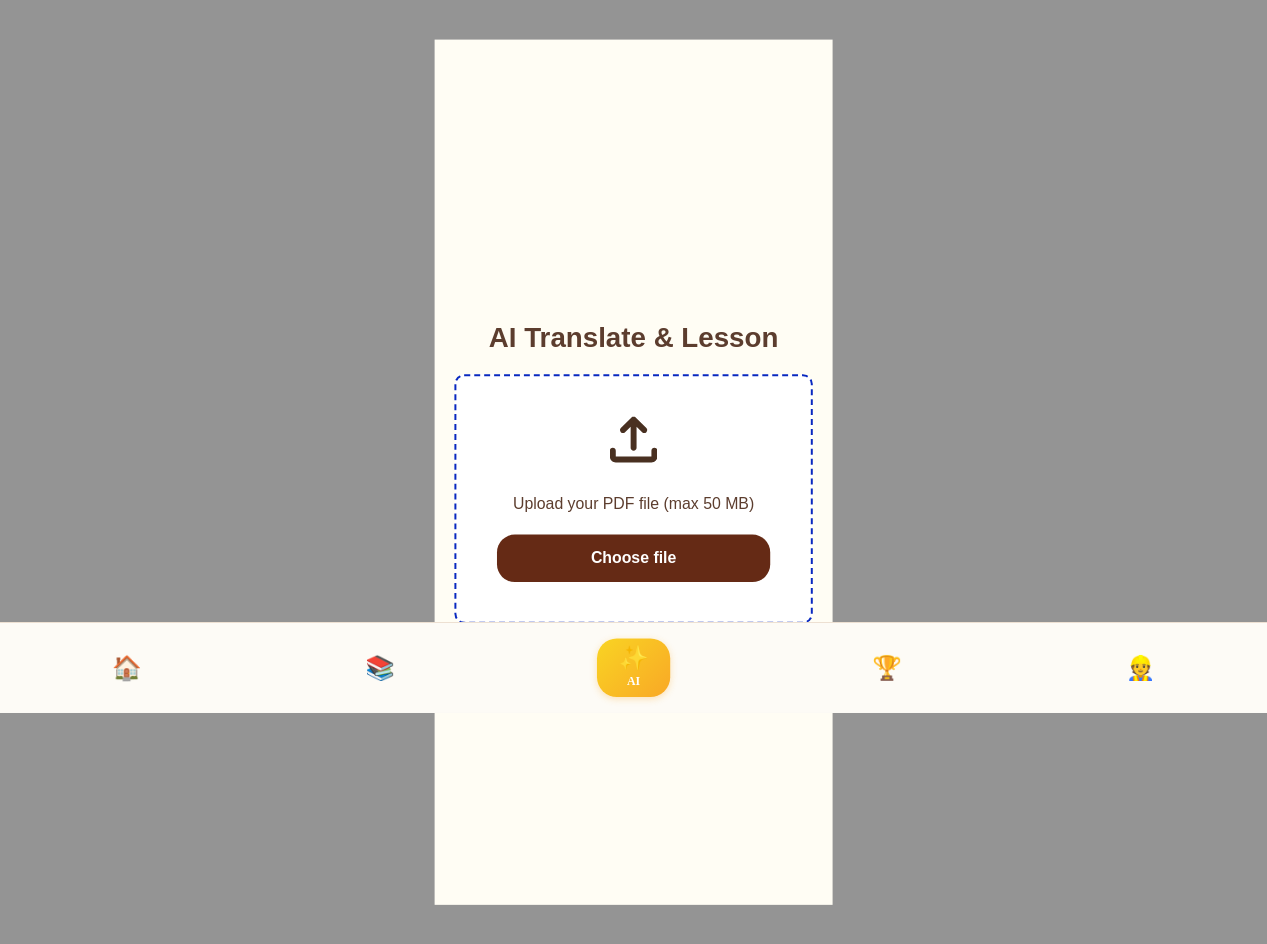
Repository: richelletiongson/Jargon_FrontendShowcase
Page: / (app in jargon_frontend/)
An editor plug-in stored every save of this project. The page is shown before and after the next save, followed by the edit.
The browser window is 1280 px wide. The pictures show the whole page, at 99% of full size.
The project was rebuilt for these pictures with package versions that can differ from the ones it lists, and the page was loaded fresh each time. Also part of the build but not shown: jargon_frontend/vite.config.js, jargon_frontend/src/index.css, jargon_frontend/src/home_pages/Home.jsx, jargon_frontend/src/course_pages/Course.jsx, jargon_frontend/src/charts_pages/Charts.jsx, jargon_frontend/src/profile_pages/Profile.jsx.

Above is the page before, as saved 2025-10-22 14:59:15.

### jargon_frontend/index.html
<!doctype html>
<html lang="en">
  <head>
    <meta charset="UTF-8" />
    <link rel="icon" type="image/svg+xml" href="/vite.svg" />
    <meta name="viewport" content="width=device-width, initial-scale=1.0" />
    <title>jargon_frontend</title>
  </head>
  <body>
    <div id="root"></div>
    <script type="module" src="/src/main.jsx"></script>
  </body>
</html>

### jargon_frontend/src/App.jsx
import './App.css'
import NavBar from "./components/NavBar";
import { BrowserRouter, Routes, Route } from "react-router-dom";
import Home from "./home_pages/Home";
import Course from "./course_pages/Course";
import AI from "./ai_pages/AI";
import Charts from "./charts_pages/Charts";
import Profile from "./profile_pages/Profile";

function App() {
  return (
    <BrowserRouter>
            <div className='page'>
                <main className='main-content'>
                    <Routes>
                        <Route
                            path='/'
                            element={<AI />}
                        />
                        <Route
                            path='/home'
                            element={<Home />}
                        />
                        <Route
                            path='/course'
                            element={<Course />}
                        />
                        <Route
                            path='/ai'
                            element={<AI />}
                        />
                        <Route
                            path='/charts'
                            element={<Charts />}
                        />
                        <Route
                            path='/profile'
                            element={<Profile />}
                        />

                    </Routes>
                </main>
                <NavBar />
            </div>
        </BrowserRouter>
  )
}

export default App

### jargon_frontend/src/App.css
* {

  padding: 0;
  margin: 0;
}
main {
  background-color: #949494;
  padding-bottom: 80px;
}

### jargon_frontend/src/components/NavBar.jsx
import React from 'react';
import { Link, useLocation } from 'react-router-dom';
import './NavBar.css';

const NavBar = () => {
  const location = useLocation();

  return (
    <div className="bottom-nav">
      <Link to="/home" className={`nav-item ${location.pathname === '/home' ? 'active' : ''}`}>
        <div className="nav-icon">🏠</div>
      </Link>
      <Link to="/course" className={`nav-item ${location.pathname === '/course' ? 'active' : ''}`}>
        <div className="nav-icon">📚</div>
      </Link>
      <Link to="/" className={`nav-item ${location.pathname === '/' ? 'active' : ''}`}>
        <div className="nav-icon">✨</div>
        <span className="nav-text">AI</span>
      </Link>
      <Link to="/charts" className={`nav-item ${location.pathname === '/charts' ? 'active' : ''}`}>
        <div className="nav-icon">🏆</div>
      </Link>
      <Link to="/profile" className={`nav-item ${location.pathname === '/profile' ? 'active' : ''}`}>
        <div className="nav-icon">👷</div>
      </Link>
    </div>
  );
};

export default NavBar;

### jargon_frontend/src/ai_pages/AI.jsx
import React, { useState } from 'react';
import './AI.css';
import UploadIcon from '../assets/Upload_Icon.svg';

const AI = () => {
  const [selectedFile, setSelectedFile] = useState(null);

  const handleFileChange = (event) => {
    const file = event.target.files[0];
    if (file) {
      setSelectedFile(file);
    }
  };

  return (
    <div className="ai-page">
      {/* Main Content */}
      <div className="main-content">
        <h1 className="page-title">AI Translate & Lesson</h1>
        <div className='rocky-container'>

        </div>
        <div className="file-upload-container">
          <div className="file-upload-area">
            <img src={UploadIcon} alt="Upload" className="upload-icon" />
            <p className="upload-text">Upload your PDF file (max 50 MB)</p>
            <input
              type="file"
              id="file-input"
              accept=".pdf"
              onChange={handleFileChange}
              style={{ display: 'none' }}
            />
            <label htmlFor="file-input" className="choose-file-btn">
              Choose file
            </label>
            {selectedFile && (
              <p className="selected-file">Selected: {selectedFile.name}</p>
            )}
          </div>
        </div>
      </div>

    </div>
  );
};

export default AI;

### jargon_frontend/src/components/NavBar.css
/* Bottom Navigation Styles */
.bottom-nav {
  display: flex;
  justify-content: space-around;
  align-items: center;
  background-color: #FDFBF6;
  padding: 16px 0;
  border-top: 1px solid #E8D5C4;
  position: fixed;
  bottom: 0;
  left: 0;
  right: 0;
  z-index: 100;
}

.nav-item {
  display: flex;
  flex-direction: column;
  align-items: center;
  gap: 4px;
  padding: 8px 12px;
  border-radius: 20px;
  transition: all 0.3s ease;
  cursor: pointer;
  min-width: 50px;
  text-decoration: none;
  color: inherit;
}

.nav-item:hover {
  background-color: #F5F0E8;
}

.nav-item.active {
  background: linear-gradient(135deg, #F9D423 0%, #F9A826 100%);
  color: white;
  box-shadow: 0 2px 8px rgba(249, 164, 38, 0.3);
}

.nav-icon {
  font-size: 24px;
  line-height: 1;
}

.nav-text {
  font-size: 12px;
  font-weight: 600;
  color: inherit;
}

.nav-item:not(.active) .nav-icon {
  color: #5C3D2E;
}

/* Responsive Design */
@media (max-width: 480px) {
  .nav-icon {
    font-size: 20px;
  }

  .nav-text {
    font-size: 10px;
  }
}

### jargon_frontend/src/home_pages/Home.css
/* Home Page Styles */
.home-page {
  min-height: 100vh;
  background-color: #FDFBF6;
  display: flex;
  flex-direction: column;
  font-family: -apple-system, BlinkMacSystemFont, 'Segoe UI', 'Roboto', sans-serif;
}

.status-bar {
  display: flex;
  justify-content: space-between;
  align-items: center;
  padding: 12px 20px;
  background-color: #FDFBF6;
  color: #5C3D2E;
  font-size: 16px;
  font-weight: 600;
}

.status-icons {
  display: flex;
  gap: 8px;
  font-size: 18px;
}

.main-content {
  flex: 1;
  padding: 40px 20px;
  display: flex;
  flex-direction: column;
  align-items: center;
  justify-content: center;
  text-align: center;
}

.page-title {
  font-size: 28px;
  font-weight: bold;
  color: #5C3D2E;
  margin-bottom: 20px;
}

.coming-soon {
  color: #5C3D2E;
  font-size: 18px;
  opacity: 0.7;
}

### jargon_frontend/src/course_pages/Course.css
/* Course Page Styles */
.course-page {
  min-height: 100vh;
  background-color: #FDFBF6;
  display: flex;
  flex-direction: column;
  font-family: -apple-system, BlinkMacSystemFont, 'Segoe UI', 'Roboto', sans-serif;
}

.status-bar {
  display: flex;
  justify-content: space-between;
  align-items: center;
  padding: 12px 20px;
  background-color: #FDFBF6;
  color: #5C3D2E;
  font-size: 16px;
  font-weight: 600;
}

.status-icons {
  display: flex;
  gap: 8px;
  font-size: 18px;
}

.main-content {
  flex: 1;
  padding: 40px 20px;
  display: flex;
  flex-direction: column;
  align-items: center;
  justify-content: center;
  text-align: center;
}

.page-title {
  font-size: 28px;
  font-weight: bold;
  color: #5C3D2E;
  margin-bottom: 20px;
}

.coming-soon {
  color: #5C3D2E;
  font-size: 18px;
  opacity: 0.7;
}

### jargon_frontend/src/ai_pages/AI.css
/* AI Page Styles */
.ai-page {
  min-height: 874px;
  width: 402px;
  background-color: #FFFDF4 ;
  display: flex;
  flex-direction: column;
  font-family: poppins, sans-serif;
}

/* Main Content */
.main-content {
  flex: 1;
  padding: 40px 20px;
  display: flex;
  flex-direction: column;
  align-items: center;
  justify-content: center;
  text-align: center;
}

.page-title {
  font-size: 28px;
  font-weight: bold;
  color: #5C3D2E;
  margin-bottom: 60px;
  line-height: 1.2;
}

.file-upload-container {
  width: 100%;
  max-width: 400px;
  margin: 0 auto;
}

.file-upload-area {
  background-color: white;
  border: 2px dashed #0828C0;
  border-radius: 10px;
  padding: 40px 20px;
  display: flex;
  flex-direction: column;
  align-items: center;
  gap: 20px;
}

.upload-icon {
  width: 48px;
  height: 48px;
  color: #6F2E17;
  margin-bottom: 10px;
}

.upload-text {
  color: #5C3D2E;
  font-size: 16px;
  margin: 0;
  line-height: 1.4;
}

.choose-file-btn {
  background-color: #652A15;
  color: white;
  border-radius: 18px;
  border: none;
  font-size: 16px;
  font-weight: 600;
  display: flex;
  justify-content: center;
  align-items: center;
  width: 276px;
  height: 48px;
}

.selected-file {
  color: #5C3D2E;
  font-size: 14px;
  margin: 10px 0 0 0;
  font-style: italic;
}

### jargon_frontend/src/charts_pages/Charts.css
/* Charts Page Styles */
.charts-page {
  min-height: 100vh;
  background-color: #FDFBF6;
  display: flex;
  flex-direction: column;
  font-family: -apple-system, BlinkMacSystemFont, 'Segoe UI', 'Roboto', sans-serif;
}

.status-bar {
  display: flex;
  justify-content: space-between;
  align-items: center;
  padding: 12px 20px;
  background-color: #FDFBF6;
  color: #5C3D2E;
  font-size: 16px;
  font-weight: 600;
}

.status-icons {
  display: flex;
  gap: 8px;
  font-size: 18px;
}

.main-content {
  flex: 1;
  padding: 40px 20px;
  display: flex;
  flex-direction: column;
  align-items: center;
  justify-content: center;
  text-align: center;
}

.page-title {
  font-size: 28px;
  font-weight: bold;
  color: #5C3D2E;
  margin-bottom: 20px;
}

.coming-soon {
  color: #5C3D2E;
  font-size: 18px;
  opacity: 0.7;
}

### jargon_frontend/src/profile_pages/Profile.css
/* Profile Page Styles */
.profile-page {
  min-height: 100vh;
  background-color: #FDFBF6;
  display: flex;
  flex-direction: column;
  font-family: -apple-system, BlinkMacSystemFont, 'Segoe UI', 'Roboto', sans-serif;
}

.status-bar {
  display: flex;
  justify-content: space-between;
  align-items: center;
  padding: 12px 20px;
  background-color: #FDFBF6;
  color: #5C3D2E;
  font-size: 16px;
  font-weight: 600;
}

.status-icons {
  display: flex;
  gap: 8px;
  font-size: 18px;
}

.main-content {
  flex: 1;
  padding: 40px 20px;
  display: flex;
  flex-direction: column;
  align-items: center;
  justify-content: center;
  text-align: center;
}

.page-title {
  font-size: 28px;
  font-weight: bold;
  color: #5C3D2E;
  margin-bottom: 20px;
}

.coming-soon {
  color: #5C3D2E;
  font-size: 18px;
  opacity: 0.7;
}

Loaded but not shown: jargon_frontend/src/main.jsx (common file)

After the next save:
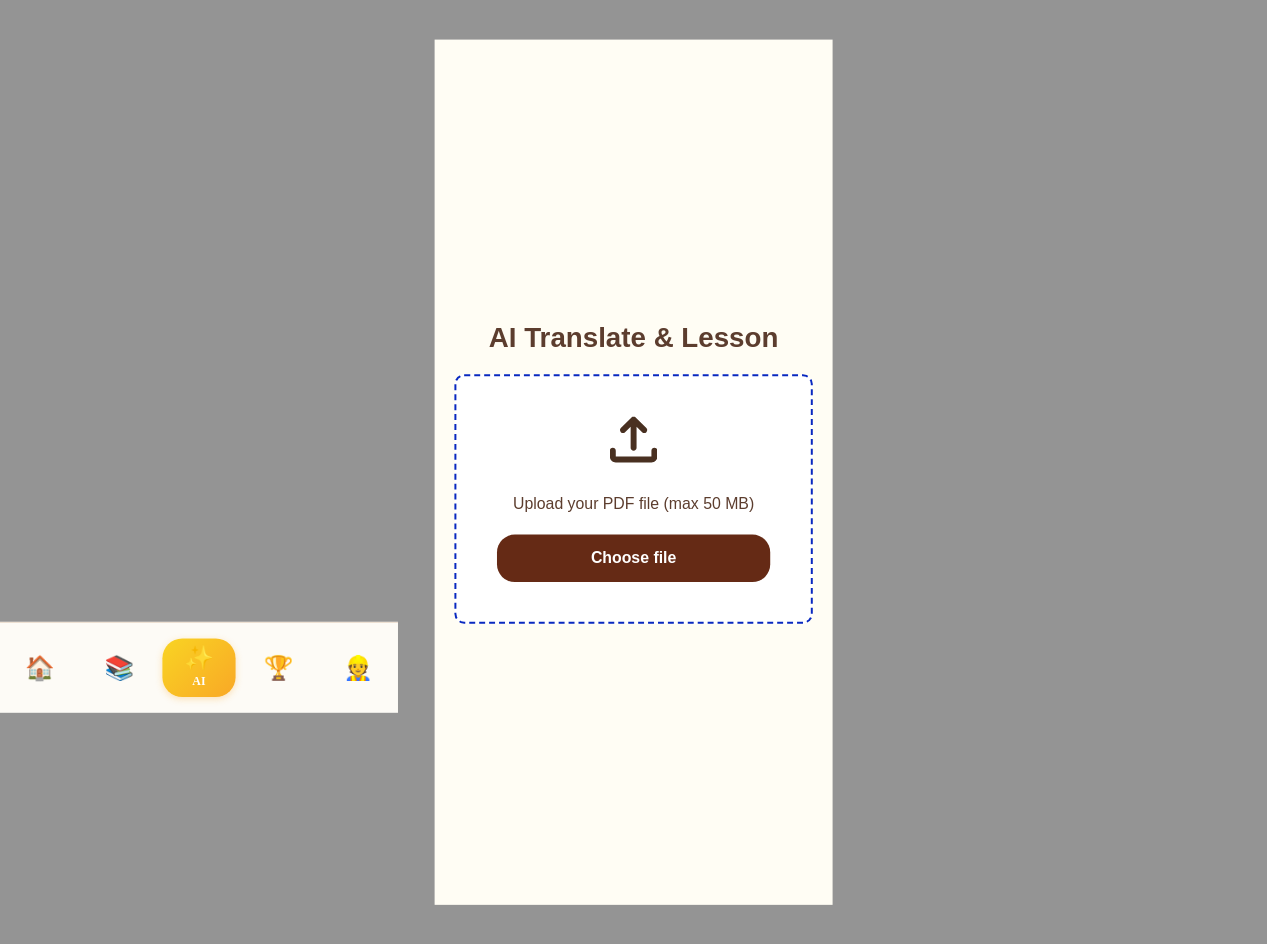
Saved 2 min 0 s later.
--- a/jargon_frontend/src/components/NavBar.css
+++ b/jargon_frontend/src/components/NavBar.css
@@ -5,6 +5,7 @@
   align-items: center;
   background-color: #FDFBF6;
   padding: 16px 0;
+  width: 402px;
   border-top: 1px solid #E8D5C4;
   position: fixed;
   bottom: 0;
